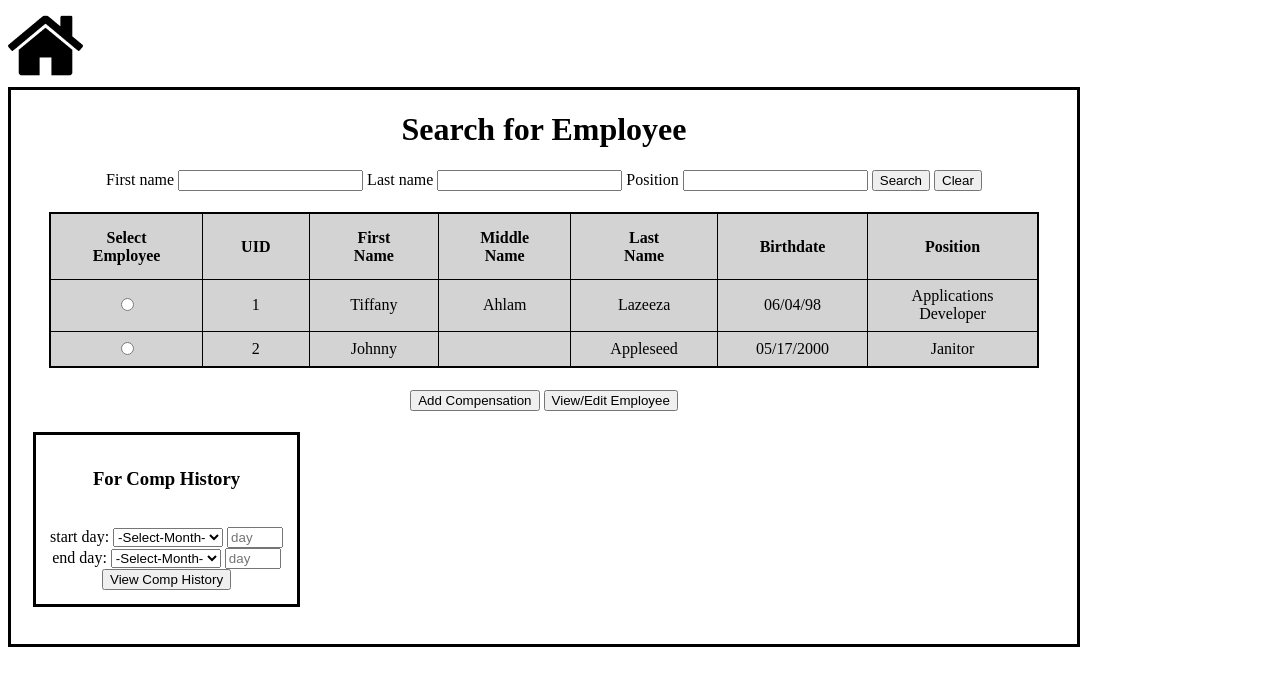
Repository: ticross18/SpringBootEmployeeSystem
Page: http://localhost/searchEmp
An editor plug-in stored every save of this project. The page is shown before and after the next save, followed by the edit.
The browser window is 1280 px wide. The pictures show the whole page.
The page is this project's Thymeleaf template; nobody is signed in. The template is opened directly, without the code that normally fills it, so the values that code supplies are empty.

Above is the page before, as saved 2022-05-17 18:07:39.

### EmploymentSystem/src/main/resources/templates/searchEmp.html
<!DOCTYPE html>
<html>
<head>
	<title>Search for Employee</title>
	<meta charset="UTF-8">
	<meta name="viewport" content="width=device-width, initial-scale=1.0">
	<link href="css/screens.css" rel="stylesheet" type="text/css">
</head>
<body>

<a href="/"><img src="images/homeIcon2.png" id="homeButton" alt="home button"></a>

<div id="SearchEmpBox" >
	<h1 id="title">Search for Employee</h1>

	<form>
		<label for="fname">First name </label>
		<input type="text" id="fname" name="fname">
		<label for="lname">Last name  </label>
		<input type="text" id="lname" name="lname">
		<label for="position">Position</label>
		<input type="text" id="position" name="position">
		<button type="button" name ="search">Search</button>
		<button type="clear" name ="clear">Clear</button>
	</form>

	<table border=1  rules=rows id="results" >
		<tr>
			<th>Select Employee</th>
			<th>UID</th>
			<th>First Name</th>
			<th>Middle Name</th>
			<th>Last Name</th>
			<th>Birthdate</th>
			<th>Position</th>
		</tr>
		 <tr class="entries">
			<td><input type="radio" name="edit" class="editEmp"/></td>
			<td>1</td>
			<td>Tiffany</td>
			<td>Ahlam</td>
			<td>Lazeeza</td>
			<td>06/04/98</td>
			<td>Applications Developer</td>
		</tr>
		 <tr class="entries">
			<td><input type="radio" name="edit" class="editEmp"/></td>
			<td>2</td>
			<td>Johnny</td>
			<td></td>
			<td>Appleseed</td>
			<td>05/17/2000</td>
			<td>Janitor</td>
		</tr>

	</table>

     <button type="button" class="optionButtons" onclick="location.href = '#';"  id="addEmp" > Add Compensation </button>

     <button type="button" class="optionButtons" onclick="location.href = '#';" id="viewEditEmp"> View/Edit Employee </button>

	<div id="dateRange">
		<h3>For Comp History</h3><br>

		<label >start day:</label>
		    <select class='monthDropDown'>
			    <option selected value=''>-Select-Month-</option>
			    <option value='1'>January</option>
			    <option value='2'>February</option>
			    <option value='3'>March</option>
			    <option value='4'>April</option>
			    <option value='5'>May</option>
			    <option value='6'>June</option>
			    <option value='7'>July</option>
			    <option value='8'>August</option>
			    <option value='9'>September</option>
			    <option value='10'>October</option>
			    <option value='11'>November</option>
			    <option value='12'>December</option>
		    </select>
		    <input type="number"min="0" max="31" placeholder="day"/>

		    <br>

		<label>end day:</label>
		<select class='monthDropDown'>
		    <option selected value=''>-Select-Month-</option>
		    <option value='1'>January</option>
		    <option value='2'>February</option>
		    <option value='3'>March</option>
		    <option value='4'>April</option>
		    <option value='5'>May</option>
		    <option value='6'>June</option>
		    <option value='7'>July</option>
		    <option value='8'>August</option>
		    <option value='9'>September</option>
		    <option value='10'>October</option>
		    <option value='11'>November</option>
		    <option value='12'>December</option>
	    </select>
	    <input type="number"min="0" max="31" placeholder="day"/>
	     <br><button type="button" class="optionButtons" onclick="location.href = '#';" id="compHistory" > View Comp History </button>

	</div>


</div>
</body>
</html>

### EmploymentSystem/src/main/resources/static/css/screens.css
.container {
   display: flex;

}

#homeButton{
	width:75px;
	height:75px;
	position: relative;
}

.asterisk{
	color: red;
}

#addEmpBox {
	padding-left: 40vw;
	border: 3px solid rgb(0, 0, 0);
	padding-bottom: 15px;
}

#addEmpBox input {
	margin-bottom: 15px;
	padding: 2px;
}

#SearchEmpBox {
	border: 3px solid rgb(0, 0, 0);
	padding-bottom: 15px;
	margin-right: 15vw;
	text-align: center;
}

#userInput {
	display:inline-table;
}

#results {
	border: 2px solid black;
	margin: 10px;
	background-color: lightgrey;
	border-collapse: collapse;
	margin:  3vh 3vw;
}

#results th {
	padding: 2vh 3vw;
	border-left: 1px solid #000;
    border-right: 1px solid #000;
}

#results td {
	padding: 1vh 3vw ;
	border-left: 1px solid #000;
    border-right: 1px solid #000;

}

#finalEdit{
	text-align: left;
	position: left;
}

.optionButtons button{
	text-transform: uppercase;
	background-color: rgb(192, 192, 192);

	padding: 10px 5px;
	width:  auto ;
	float:right;
	position: sticky;

	margin-left: 13vw;
}

.optionButtons button:active {
  box-shadow: 0 5px #666;
  transform: translateY(4px);
}

.optionButtons button:hover {
  background-color: rgb(255, 255, 128);
  cursor: pointer;
}

#dateRange {
	border: 3px solid rgb(0, 0, 0);
	width:fit-content;
	margin: 3vh;
	padding: 2vh;
}



.monthDropDown {
	width:110px;
}


tr.entries:hover {
  background-color: white;
  cursor: pointer;
}

After the next save:
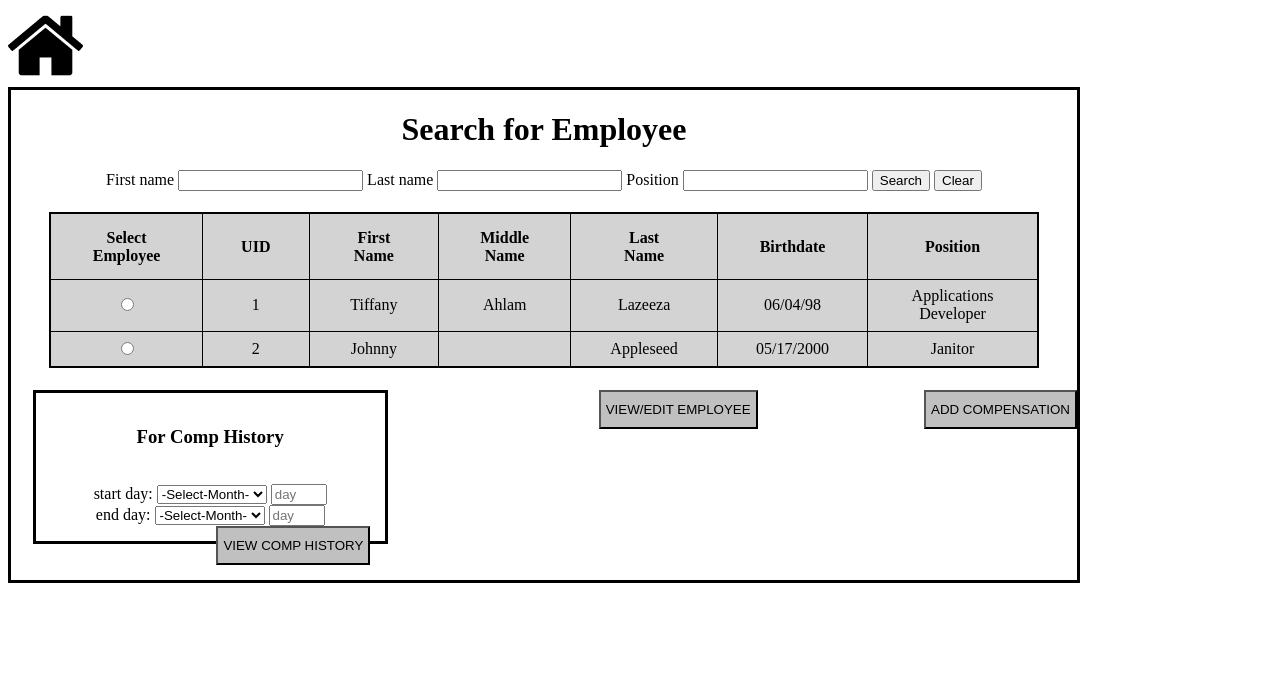
Saved 44 s later.
--- a/EmploymentSystem/src/main/resources/static/css/screens.css
+++ b/EmploymentSystem/src/main/resources/static/css/screens.css
@@ -61,7 +61,7 @@
 	position: left;
 }
 
-.optionButtons button{
+button.optionButtons {
 	text-transform: uppercase;
 	background-color: rgb(192, 192, 192);
 
